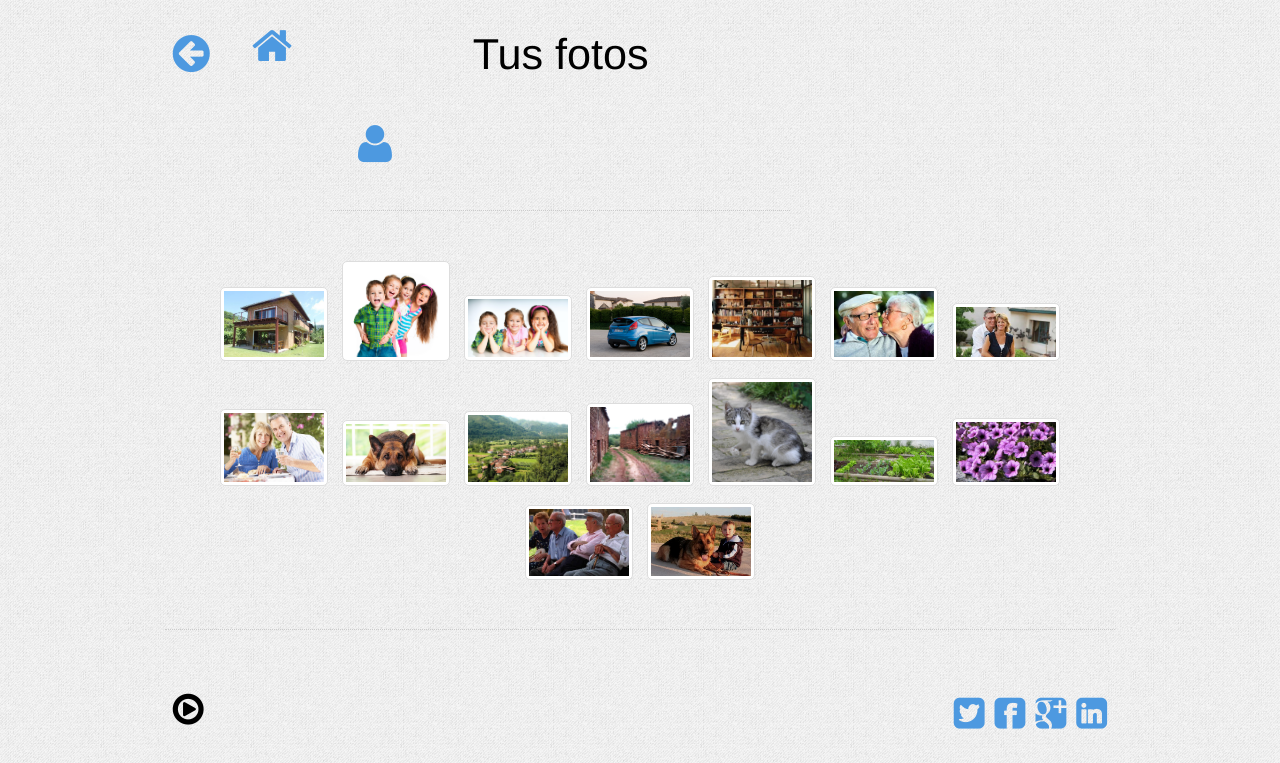
Repository: SCeruso/RememberMe
Page: presentacion_imagenes.html
The author's editor kept a record of every edit. The page is drawn from the files as they stood at one moment, then again after the next edit.
The browser window is 1280 px wide. The pictures show the whole page.
Some web libraries are served in a nearby version.

Above is the page before.

After the next edit:
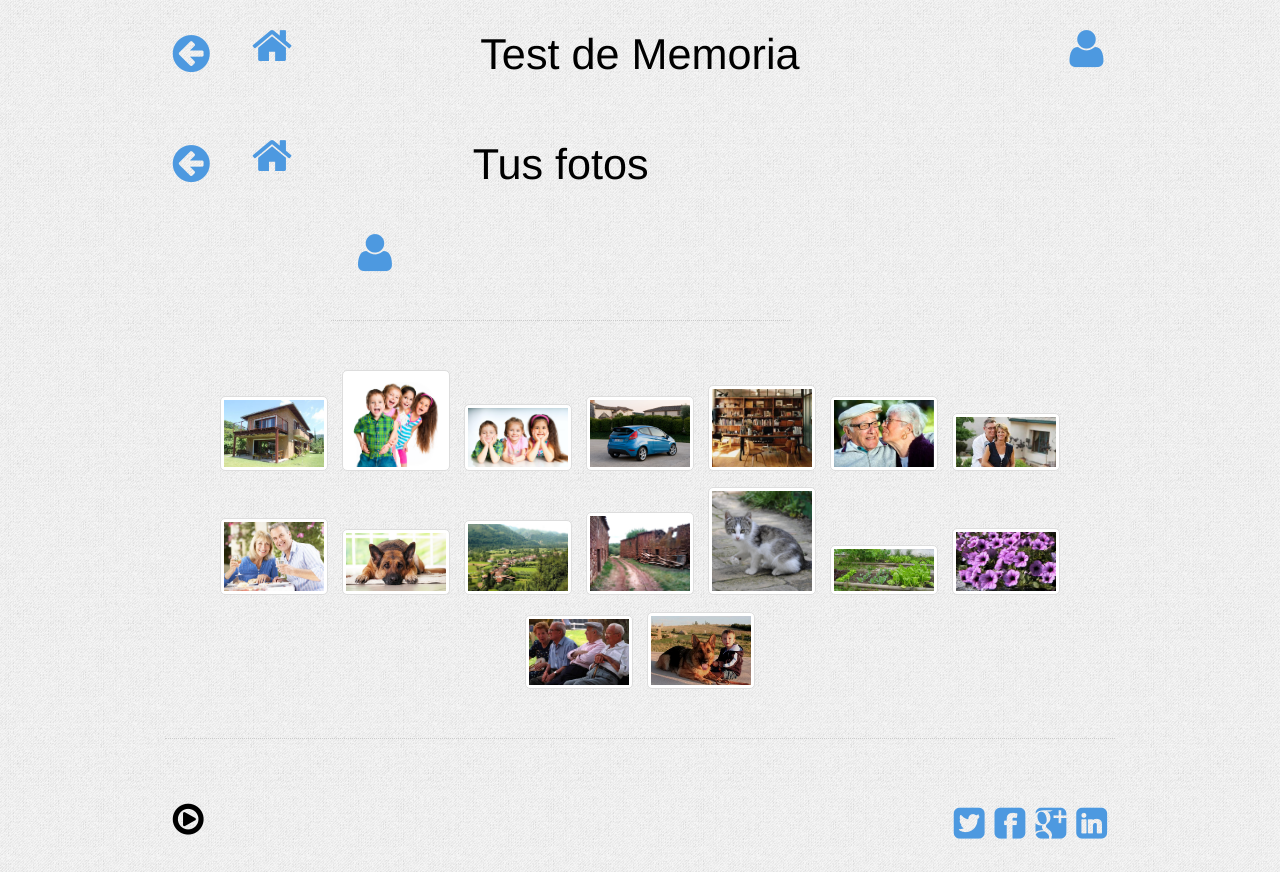
The edit:
--- a/presentacion_imagenes.html
+++ b/presentacion_imagenes.html
@@ -18,6 +18,37 @@
 </head>
 <body>
 <div class="grid">
+	<div class="col_12">
+		<div class="col_1">
+        <h2 class="left">
+               <a href="tusimagenes.html">
+                  <i class="icon-circle-arrow-left"></i>
+                </a>
+        </h2>
+        </div>
+        <div class="col_2">
+        <h2 class="left">
+                <a href="juegosde.html">
+                    <i class="icon-home pull-left"></i>
+                </a>
+        </div>
+        </h2>
+        <div class="col_6">
+        <h2 class="center">
+               <p>Test de Memoria</p>
+        </h2></div>
+        <h2>
+        		<a href = "perfil.html">
+               <i class="icon-user icon-border pull-right" title="Mi perfil"></i>
+		</a>
+		</h2>
+		<br>
+    </div>
+
+
+
+
+
     <div class="col_12">
     	<div class="col_1">
     	 <h2 class="left">
